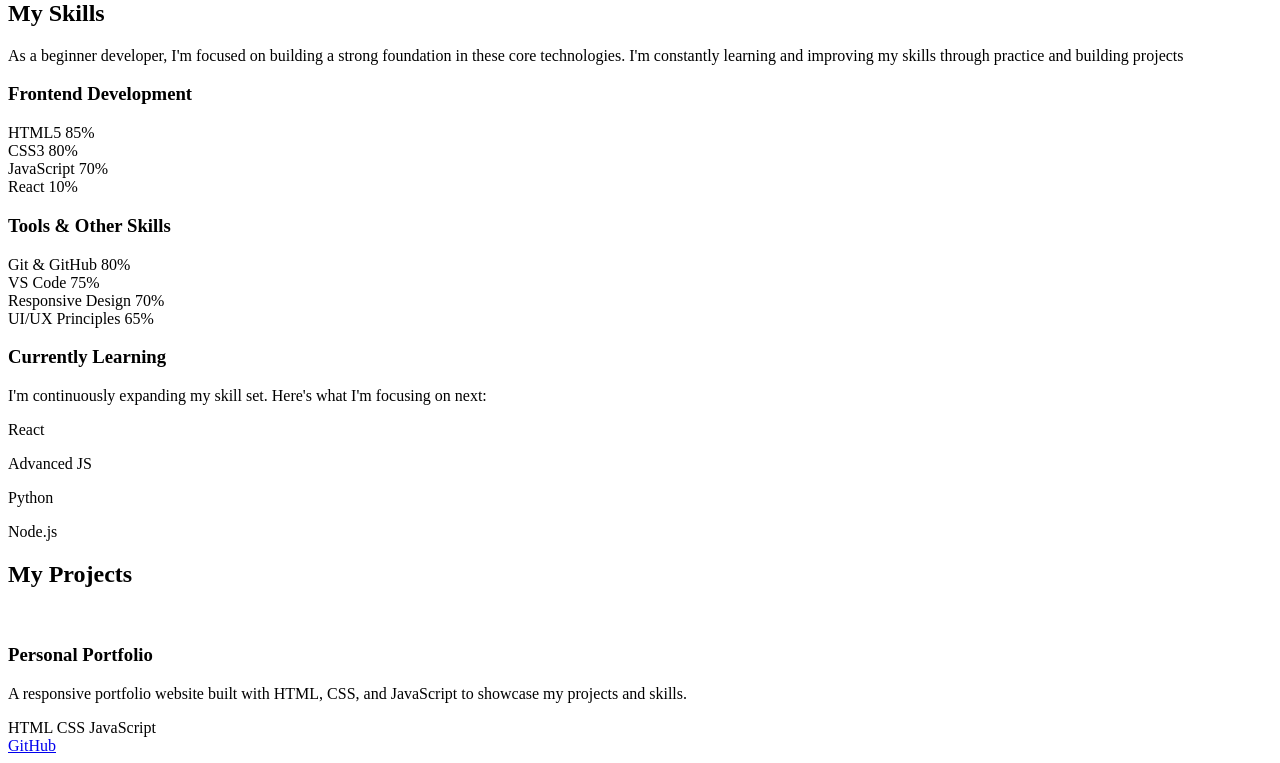
Repository: andajonas/ANDJON25111_fto2505_A_Anda-Jonas_CDV05
Page: index.html
These files come from the project's save history. The page is drawn as it stood at one moment and after a run of saves; the edit follows.
The browser window is 1280 px wide. The pictures show the part of the page from y = 557 to 1468 px (the page is 1320 px tall before and 1468 px after).
A picture or video elsewhere on the page could not be fetched, so the positions and the page height are approximate.

Above is the page before, as saved 2025-09-19 17:39:18.

After the next 6 saves:
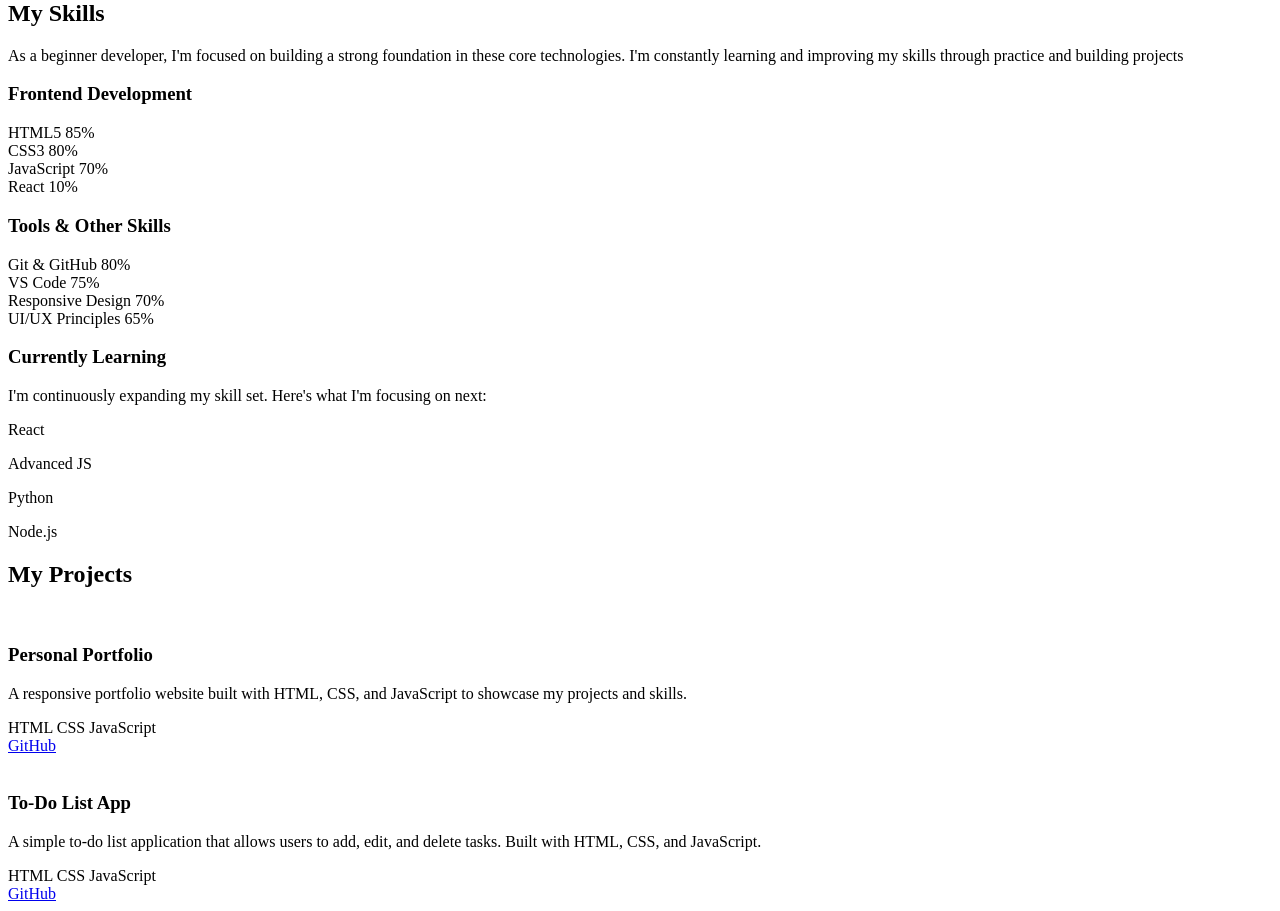
The 6 saves are shown as one change because they came seconds apart.
The last was saved 23 s later.
--- a/index.html
+++ b/index.html
@@ -175,3 +175,20 @@
                     </div>
                 </div>
                 </div>
+
+                <div class="project">
+                    <div class="project-image">
+                        <img src="" alt="">
+                    </div>
+                    <div class="project-info">
+                        <h3>To-Do List App</h3>
+                        <p>A simple to-do list application that allows users to add, edit, and delete tasks. Built with HTML, CSS, and JavaScript.</p>
+                        <div class="project-tags">
+                            <span>HTML</span>
+                            <span>CSS</span>
+                            <span>JavaScript</span>
+                        </div>
+                        <div class="project-links">
+                            <a href="#" class="btn btn-outline">GitHub</a>
+                        </div>
+                    </div>
